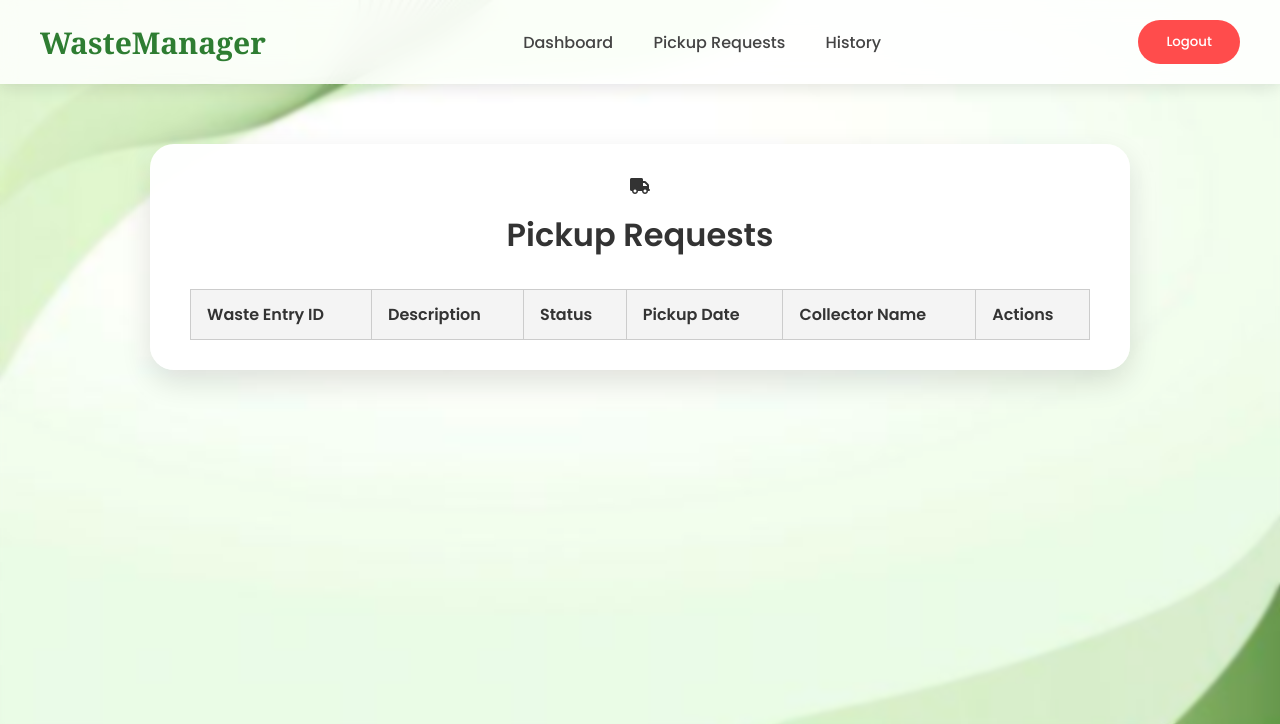
Repository: mahekagrawal25/restaurant-waste-management
Page: frontend/pickup-requests.html
The author's editor kept a copy of each file at every save. The page is drawn from the files as they stood at one save, then again after the next save.
The browser window is 1280 px wide. The pictures show the whole page.
The page's requests for data from a server got no answer. Backgrounds fixed to the window are drawn as part of the page.

Above is the page before, as saved 2025-04-24 17:24:13.

### frontend/pickup-requests.html
<!DOCTYPE html>
<html lang="en">
<head>
  <meta charset="UTF-8" />
  <meta name="viewport" content="width=device-width, initial-scale=1.0" />
  <title>Pickup Requests | WasteManager</title>
  <link rel="stylesheet" href="style.css" />
  <link
    rel="stylesheet"
    href="https://cdnjs.cloudflare.com/ajax/libs/font-awesome/6.4.0/css/all.min.css"
  />
  <link
    href="https://fonts.googleapis.com/css2?family=Poppins:wght@400;500;600&family=Montserrat:wght@700&display=swap"
    rel="stylesheet"
  />
  <style>
    /* Basic layout styles (you can adjust these based on your existing styles) */
    html, body {
      margin: 0;
      padding: 0;
      font-family: "Poppins", sans-serif;
      background: url("./images/restro10.jpeg") no-repeat center center fixed;
      background-size: cover;
    }

    .page-wrapper {
      height: calc(100vh - 80px);
      display: flex;
      flex-direction: column;
      justify-content: flex-start;
      align-items: center;
      padding: 60px 20px 20px 20px;
      background-color: rgba(255, 255, 255, 0.05);
      backdrop-filter: blur(2px);
      -webkit-backdrop-filter: blur(2px);
      overflow-y: auto;
    }

    .table-card {
      background: rgba(255, 255, 255, 0.97);
      border-radius: 24px;
      box-shadow: 0 12px 30px rgba(0, 0, 0, 0.12);
      width: 100%;
      max-width: 980px;
      padding: 30px 40px;
      box-sizing: border-box;
      overflow-x: auto;
    }

    .table-header {
      text-align: center;
      margin-bottom: 30px;
    }

    .table-header h1 {
      font-size: 2rem;
      margin: 12px 0;
    }

    table {
      width: 100%;
      border-collapse: collapse;
      margin-top: 20px;
    }

    table, th, td {
      border: 1px solid #ccc;
    }

    th, td {
      padding: 12px 16px;
      text-align: left;
    }

    th {
      background-color: #f4f4f4;
      font-weight: 600;
    }

    .btn-collect {
      padding: 8px 14px;
      background-color: #28a745;
      color: white;
      border: none;
      border-radius: 5px;
      cursor: pointer;
      transition: background-color 0.3s ease;
    }

    .btn-collect:hover {
      background-color: #218838;
    }

    .footer {
      display: none;
    }

    .status-msg {
      margin-top: 20px;
      font-weight: 500;
      text-align: center;
    }

    .status-msg.success {
      color: #28a745;
    }

    .status-msg.error {
      color: #dc3545;
    }
  </style>
</head>
<body>
  <header class="navbar">
    <div class="nav-container">
      <div class="logo">WasteManager</div>
      <nav>
        <a href="collector_dashboard.html">Dashboard</a>
        <a href="pickup-requests.html">Pickup Requests</a>
        <a href="history.html">History</a>
      </nav>
      <button id="logoutBtn" class="btn-logout">Logout</button>
    </div>
  </header>

  <div class="page-wrapper">
    <div class="table-card">
      <div class="table-header">
        <i class="fas fa-truck"></i>
        <h1>Pickup Requests</h1>
      </div>

      <!-- Table displaying the waste collection requests -->
      <table>
        <thead>
          <tr>
            <th>Waste Entry ID</th>
            <th>Description</th>
            <th>Status</th>
            <th>Pickup Date</th>
            <th>Collector Name</th>
            <th>Actions</th>
          </tr>
        </thead>
        <tbody id="requestsTableBody">
          <!-- Rows of waste pickup requests will be dynamically populated here -->
        </tbody>
      </table>
    </div>

    <p id="statusMsg" class="status-msg"></p>
  </div>

  <footer class="footer">
    <p>&copy; 2025 WasteManager | All rights reserved</p>
  </footer>

  <script src="script.js"></script>
</body>
</html>

### frontend/style.css
/* ✅ General Styles */
* {
  margin: 0;
  padding: 0;
  box-sizing: border-box;
  font-family: 'Poppins', sans-serif;
}

body {
  background: linear-gradient(135deg, #2e7d32, #81c784);
  color: #333;
  min-height: 100vh;
  display: flex;
  flex-direction: column;
}

/* ✅ Navigation Bar */
.navbar {
  background: rgba(255, 255, 255, 0.85);
  backdrop-filter: blur(12px);
  box-shadow: 0 4px 15px rgba(0, 0, 0, 0.1);
  padding: 20px 40px;
  position: sticky;
  top: 0;
  z-index: 1000;
}

.nav-container {
  display: flex;
  justify-content: space-between;
  align-items: center;
  max-width: 1300px;
  margin: 0 auto;
}

.navbar .logo {
  font-size: 30px;
  font-weight: bold;
  color: #2e7d32;
  font-family: 'Georgia', serif;
}

nav a {
  margin: 0 18px;
  text-decoration: none;
  color: #444;
  font-weight: 500;
  transition: color 0.3s, transform 0.3s;
}

nav a:hover {
  color: #2e7d32;
  transform: scale(1.1);
}

.btn-logout {
  background: #ff4c4c;
  color: #fff;
  border: none;
  padding: 12px 28px;
  border-radius: 30px;
  cursor: pointer;
  font-weight: 500;
  transition: background 0.3s, transform 0.3s;
}

.btn-logout:hover {
  background: #e03c3c;
  transform: scale(1.05);
}

/* ✅ Main Content */
.container {
  width: 90%;
  max-width: 1300px;
  margin: 50px auto;
  flex: 1;
}

/* ✅ Welcome Section */
.welcome-section {
  text-align: center;
  margin-bottom: 70px;
}

.welcome-section h1 {
  font-size: 48px;
  color: #fff;
  margin-bottom: 12px;
  font-weight: 700;
  font-family: 'Cambria', serif;
}

.welcome-section p {
  font-size: 20px;
  color: #f0f0f0;
  opacity: 0.9;
}

/* ✅ Quick Actions Grid */
.actions-grid {
  display: grid;
  grid-template-columns: repeat(auto-fit, minmax(280px, 1fr));
  gap: 35px;
  margin-bottom: 70px;
}

.action-card {
  background: rgba(255, 255, 255, 0.85);
  backdrop-filter: blur(12px);
  border-radius: 20px;
  box-shadow: 0 10px 25px rgba(0, 0, 0, 0.1);
  padding: 35px;
  text-align: center;
  transition: transform 0.4s, box-shadow 0.4s;
  cursor: pointer;
}

.action-card:hover {
  transform: translateY(-12px);
  box-shadow: 0 14px 30px rgba(0, 0, 0, 0.2);
}

.action-card i {
  font-size: 52px;
  color: #2e7d32;
  margin-bottom: 25px;
}

.action-card h3 {
  font-size: 26px;
  color: #333;
  margin-bottom: 12px;
  font-weight: 700;
}

.action-card p {
  font-size: 18px;
  color: #555;
  opacity: 0.85;
}

/* ✅ Recent Activities */
.recent-activities {
  background: rgba(255, 255, 255, 0.9);
  padding: 35px;
  border-radius: 20px;
  box-shadow: 0 10px 25px rgba(0, 0, 0, 0.1);
}

.recent-activities h2 {
  font-size: 30px;
  margin-bottom: 25px;
  font-weight: 700;
  color: #333;
}

.activities-container {
  max-height: 350px;
  overflow-y: auto;
  padding: 15px;
}

.activities-container p {
  font-size: 18px;
  color: #555;
  opacity: 0.9;
}

/* ✅ Footer */
.footer {
  background: rgba(255, 255, 255, 0.9);
  backdrop-filter: blur(10px);
  color: #333;
  text-align: center;
  padding: 25px;
  box-shadow: 0 -5px 15px rgba(0, 0, 0, 0.1);
  font-weight: 600;
  font-size: 16px;
}





/* Activities Table Styles */
.activities-table-container {
  overflow-x: auto;
  margin-top: 1rem;
  background: white;
  border-radius: 8px;
  box-shadow: 0 2px 10px rgba(0,0,0,0.1);
  padding: 1rem;
}

#activitiesTable {
  width: 100%;
  border-collapse: collapse;
}

#activitiesTable th, #activitiesTable td {
  padding: 12px 15px;
  text-align: left;
  border-bottom: 1px solid #e0e0e0;
}

#activitiesTable th {
  background-color: #f5f5f5;
  font-weight: 600;
}

#activitiesTable tr:hover {
  background-color: #f9f9f9;
}

.btn-view-all {
  display: block;
  margin: 1rem auto 0;
  padding: 8px 16px;
  background: #4CAF50;
  color: white;
  border: none;
  border-radius: 4px;
  cursor: pointer;
}

.btn-view-all:hover {
  background: #45a049;
}




/* Activities Table Styles */
.activities-table-container {
  overflow-x: auto;
  margin-top: 1rem;
  background: white;
  border-radius: 8px;
  box-shadow: 0 2px 10px rgba(0,0,0,0.1);
  padding: 1rem;
}

#activitiesTable {
  width: 100%;
  border-collapse: collapse;
  font-size: 0.9rem;
}

#activitiesTable th {
  background-color: #f8f9fa;
  padding: 12px 15px;
  text-align: left;
  font-weight: 600;
}

#activitiesTable td {
  padding: 10px 15px;
  border-bottom: 1px solid #e9ecef;
}

.loading, .error {
  text-align: center;
  padding: 20px;
}

.loading {
  color: #6c757d;
}

.error {
  color: #dc3545;
}













.page-header {
  text-align: center;
  margin-top: 40px;
}

.page-header h1 {
  font-family: 'Montserrat', sans-serif;
  font-size: 2rem;
  color: #2e7d32;
}

.page-header p {
  font-size: 1rem;
  color: #555;
  margin-top: 8px;
}

.form-section {
  max-width: 600px;
  margin: 30px auto;
  background: #f9fff9;
  padding: 30px;
  border-radius: 16px;
  box-shadow: 0 6px 18px rgba(0, 0, 0, 0.06);
}

.waste-form .form-group {
  margin-bottom: 20px;
}

.waste-form label {
  display: block;
  font-weight: 500;
  margin-bottom: 8px;
}

.waste-form label span {
  color: red;
}

.waste-form input,
.waste-form select {
  width: 100%;
  padding: 12px 14px;
  font-size: 1rem;
  border: 1px solid #ccc;
  border-radius: 12px;
  outline: none;
  transition: border 0.3s ease;
}

.waste-form input:focus,
.waste-form select:focus {
  border-color: #4caf50;
}

.btn-submit {
  background-color: #4caf50;
  color: #fff;
  padding: 12px 20px;
  border: none;
  border-radius: 12px;
  cursor: pointer;
  font-weight: 600;
  font-size: 1rem;
  transition: background-color 0.3s ease;
  display: flex;
  align-items: center;
  gap: 8px;
}

.btn-submit:hover {
  background-color: #388e3c;
}




/* Hero Section */
.hero-header {
  background: linear-gradient(to right, #43a047, #2e7d32);
  color: white;
  padding: 60px 20px 40px;
  text-align: center;
  border-bottom-left-radius: 40px;
  border-bottom-right-radius: 40px;
  box-shadow: 0 8px 20px rgba(0, 0, 0, 0.1);
}

.hero-content i {
  font-size: 3rem;
  margin-bottom: 10px;
  animation: bounce 1s ease-in-out infinite alternate;
}

.hero-content h1 {
  font-family: 'Montserrat', sans-serif;
  font-size: 2.5rem;
  margin: 0;
}

.hero-content p {
  font-size: 1.1rem;
  margin-top: 10px;
  color: #e0f2f1;
}

/* Animation for Icon */
@keyframes bounce {
  0% { transform: translateY(0); }
  100% { transform: translateY(-5px); }
}


/* Make entire page fit on screen */
.page-wrapper {
  display: flex;
  justify-content: center;
  align-items: center;
  height: calc(100vh - 80px); /* Adjust for header/footer */
  padding: 20px;
  background-color: #f4f7f6;
}

/* Unified Card */
.waste-card {
  background: rgba(255, 255, 255, 0.98);
  border-radius: 20px;
  box-shadow: 0 8px 24px rgba(0, 0, 0, 0.08);
  width: 100%;
  max-width: 650px;

  /* Updated padding */
  padding: 60px 40px;
  box-sizing: border-box;
}

/* Header Inside Card */
.card-header {
  text-align: center;
  margin-bottom: 25px;
}

.card-header i {
  font-size: 2.5rem;
  color: #2e7d32;
  animation: bounce 1s infinite alternate;
}

.card-header h1 {
  margin: 10px 0 5px;
  font-family: 'Montserrat', sans-serif;
  font-size: 1.8rem;
}

.card-header p {
  font-size: 0.95rem;
  color: #555;
}

/* Form Fields */
.waste-form .form-group {
  margin-bottom: 20px;
}

.waste-form label {
  display: block;
  margin-bottom: 8px;
  font-weight: 500;
  color: #2e7d32;
}

.waste-form input,
.waste-form select {
  width: 100%;
  padding: 12px;
  border: 1px solid #ccc;
  border-radius: 12px;
  font-size: 1rem;
  transition: border 0.3s ease;
}

.waste-form input:focus,
.waste-form select:focus {
  border-color: #2e7d32;
  outline: none;
}

/* Submit Button */
.btn-submit {
  width: 100%;
  background: linear-gradient(to right, #43a047, #2e7d32);
  color: white;
  padding: 14px;
  font-size: 1rem;
  border: none;
  border-radius: 12px;
  cursor: pointer;
  transition: background 0.3s ease;
}

.btn-submit:hover {
  background: linear-gradient(to right, #388e3c, #1b5e20);
}

/* Icon Animation */
@keyframes bounce {
  0% { transform: translateY(0); }
  100% { transform: translateY(-5px); }
}

Loaded but not shown: frontend/script.js (458 lines, source omitted)

After the next save:
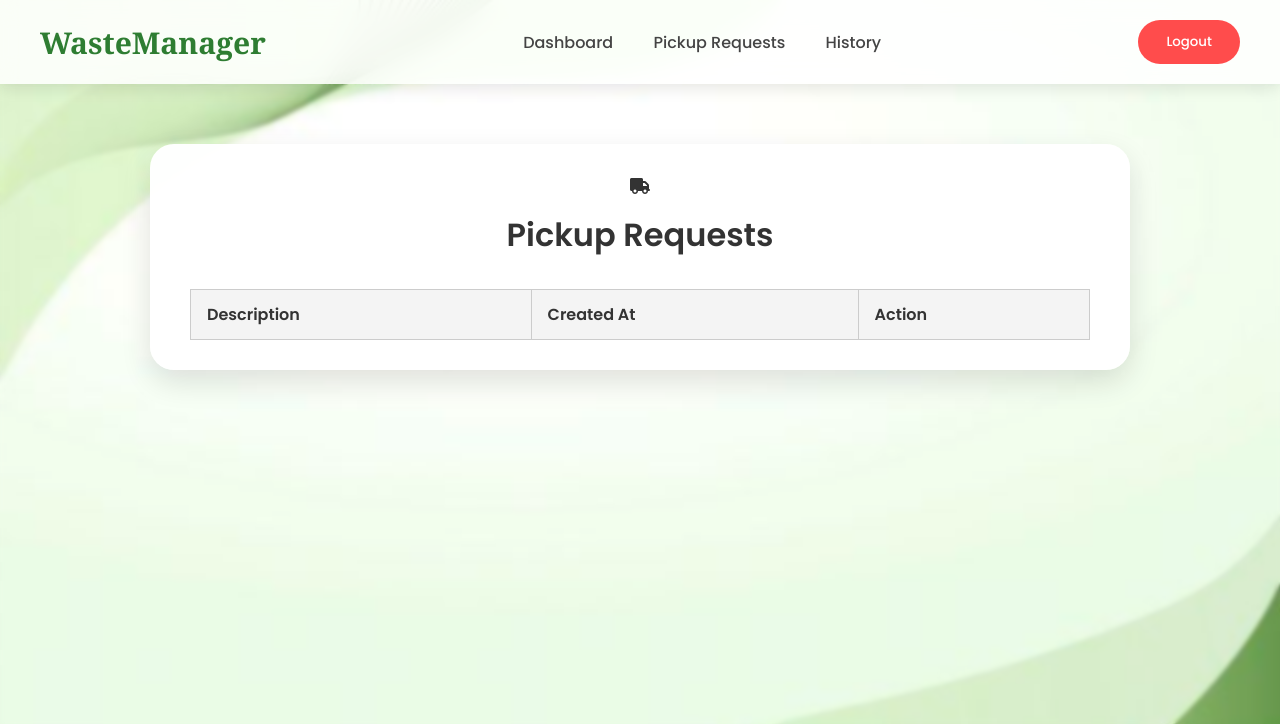
Saved 7 min 37 s later.
--- a/frontend/pickup-requests.html
+++ b/frontend/pickup-requests.html
@@ -131,21 +131,18 @@
       </div>
 
       <!-- Table displaying the waste collection requests -->
-      <table>
+      <table id="requestsTable">
         <thead>
-          <tr>
-            <th>Waste Entry ID</th>
-            <th>Description</th>
-            <th>Status</th>
-            <th>Pickup Date</th>
-            <th>Collector Name</th>
-            <th>Actions</th>
-          </tr>
+            <tr>
+                <th>Description</th>
+                <th>Created At</th>
+                <th>Action</th>
+            </tr>
         </thead>
-        <tbody id="requestsTableBody">
-          <!-- Rows of waste pickup requests will be dynamically populated here -->
+        <tbody>
+            <!-- Dynamic table rows will be populated here -->
         </tbody>
-      </table>
+    </table>
     </div>
 
     <p id="statusMsg" class="status-msg"></p>
